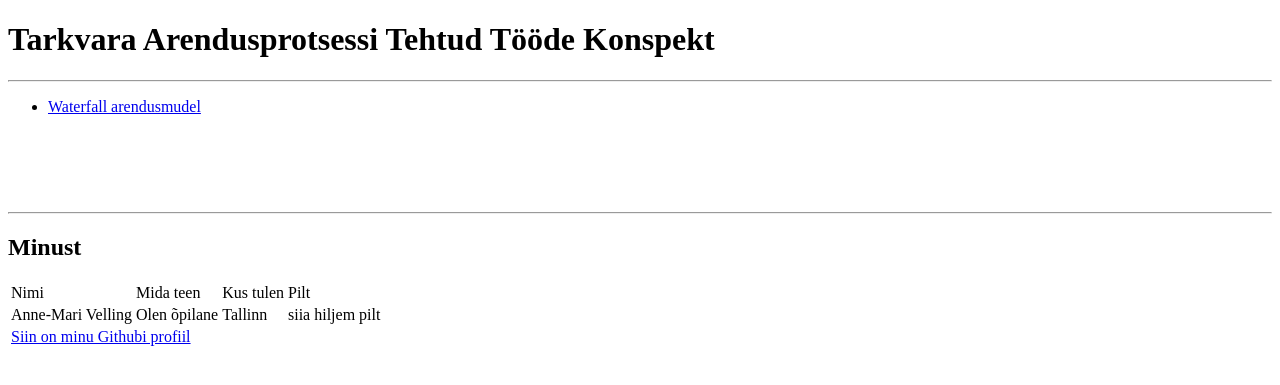
Repository: annemariv/Targe24
Page: index.html
The author's editor kept a copy of each file at every save. The page is drawn from the files as they stood at one save, then again after the next save.
The browser window is 1280 px wide. The pictures show the whole page.

Above is the page before, as saved 2024-11-06 19:17:28.

### index.html
<!DOCTYPE html>
<html lang="en">
<head>
    <meta charset="UTF-8">
    <meta name="viewport" content="width=device-width, initial-scale=1.0">
    <title>Minu Tarkvara Arendusprotsessi Ainemapp</title>
</head>
<body>
    <h1>Tarkvara Arendusprotsessi Tehtud Tööde Konspekt</h1>
    <hr/>
    <ul>
        <li>
            <a href="elutsykkel/waterfall.html">Waterfall arendusmudel</a>
        </li>
    </ul>
    <br/>
    <br/>
    <br/>
    <br/>
    <hr/>
    <h2>Minust</h2>
    <table>
        <tr>
            <td>Nimi</td>
            <td>Mida teen</td>
            <td>Kus tulen</td>
            <td>Pilt</td>
        </tr>
        <tr>
            <td>Anne-Mari Velling</td>
            <td>Olen õpilane</td>
            <td>Tallinn</td>
            <td>siia hiljem pilt</td>
        </tr>
        <tr>
            <td colspan="4">
                <a href="https://github.com/annemariv">Siin on minu Githubi profiil</a>
            </td>
        </tr>
    </table>
</body>
</html>

After the next save:
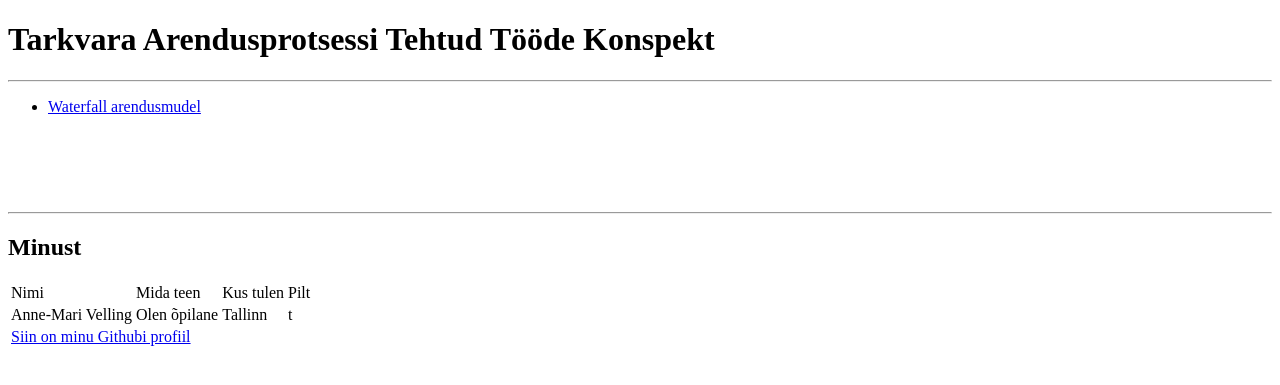
Saved 23 s later.
--- a/index.html
+++ b/index.html
@@ -30,7 +30,7 @@
             <td>Anne-Mari Velling</td>
             <td>Olen õpilane</td>
             <td>Tallinn</td>
-            <td>siia hiljem pilt</td>
+            <td><img src="" alt="">t</td>
         </tr>
         <tr>
             <td colspan="4">
